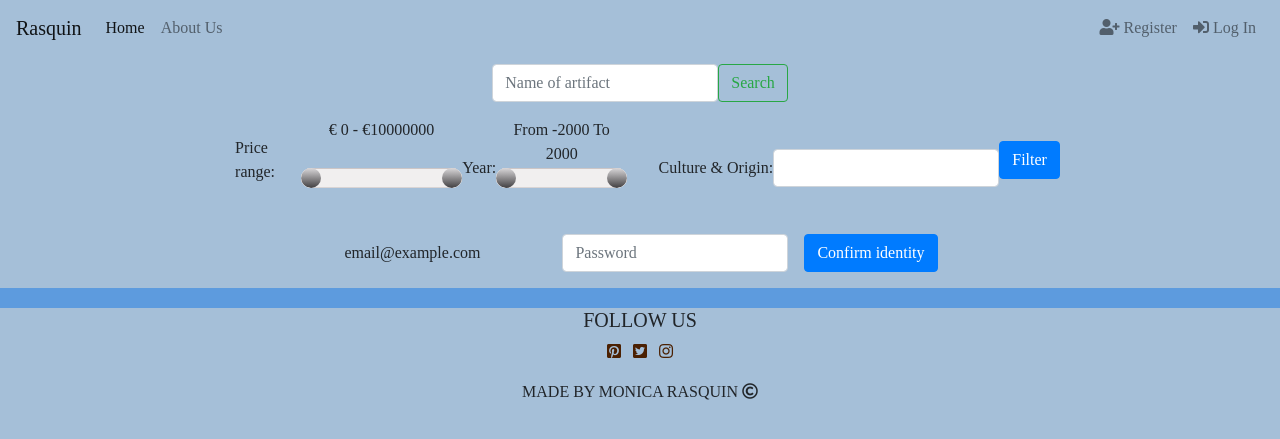
Repository: Rasquin/auction
Page: templates/base.html
The author's editor kept a record of every edit. The page is drawn from the files as they stood at one moment, then again after the next edit.
The browser window is 1280 px wide. The pictures show the whole page.
The template is drawn by Django 2.2. The application's start-up code is not run. The template is opened directly, without the code that normally fills it, so the values that code supplies are empty.

Above is the page before.

After the next edit:
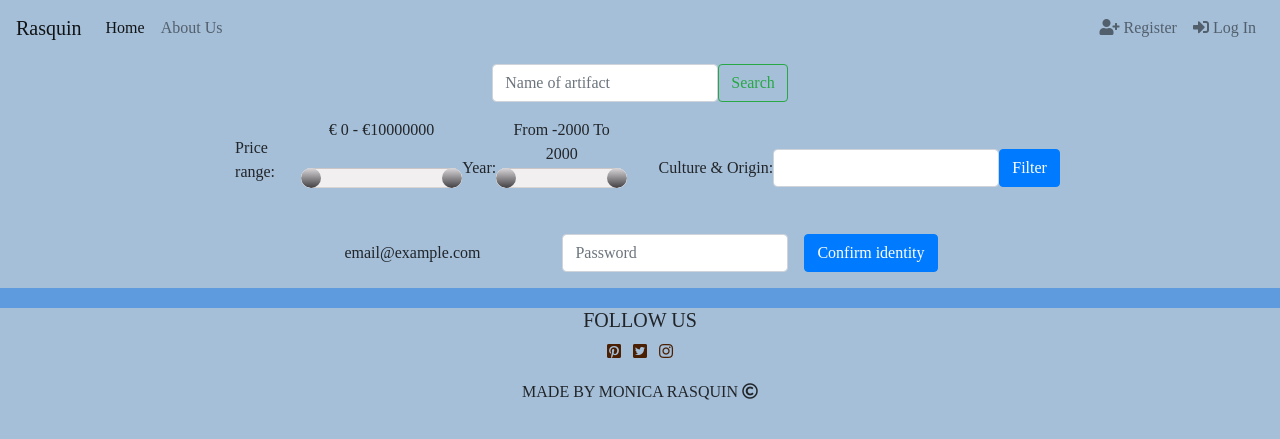
The edit:
--- a/templates/base.html
+++ b/templates/base.html
@@ -123,7 +123,7 @@
             </div>
             <!-- Filter Button -->
             <div class="form-group">
-                <p class="text-center">
+
                     <button class="btn btn-primary" type="search">Filter</button>
                 </p>
             </div>
